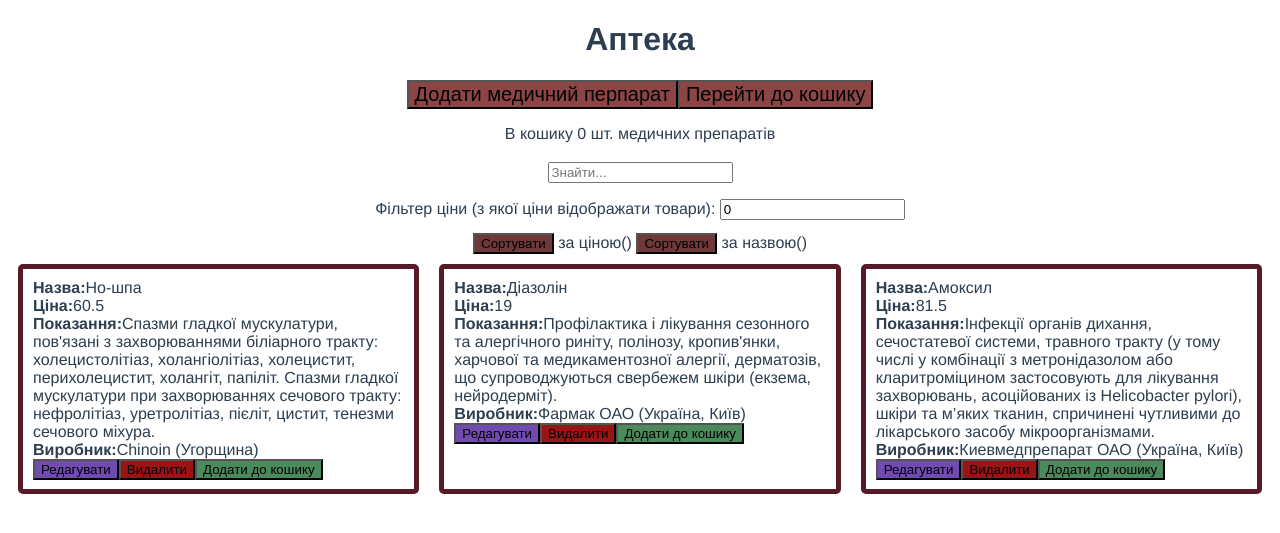
Repository: kristinap8/pharmacy
Page: /
These files come from the project's save history. The page is drawn as it stood at one moment and after the next save; the edit follows.
The browser window is 1280 px wide. The pictures show the whole page.
The project was rebuilt for these pictures with package versions that can differ from the ones it lists, and the page was loaded fresh each time. Also part of the build but not shown: src/components/AddMedicineForm/index.vue, src/pages/AddMedicine/index.vue, src/components/EditMedicineForm/index.vue, src/pages/EditMedicine/index.vue, src/components/CartForm/index.vue, src/pages/Cart/index.vue.

Above is the page before, as saved 2020-12-10 14:33:38.

After the next save:
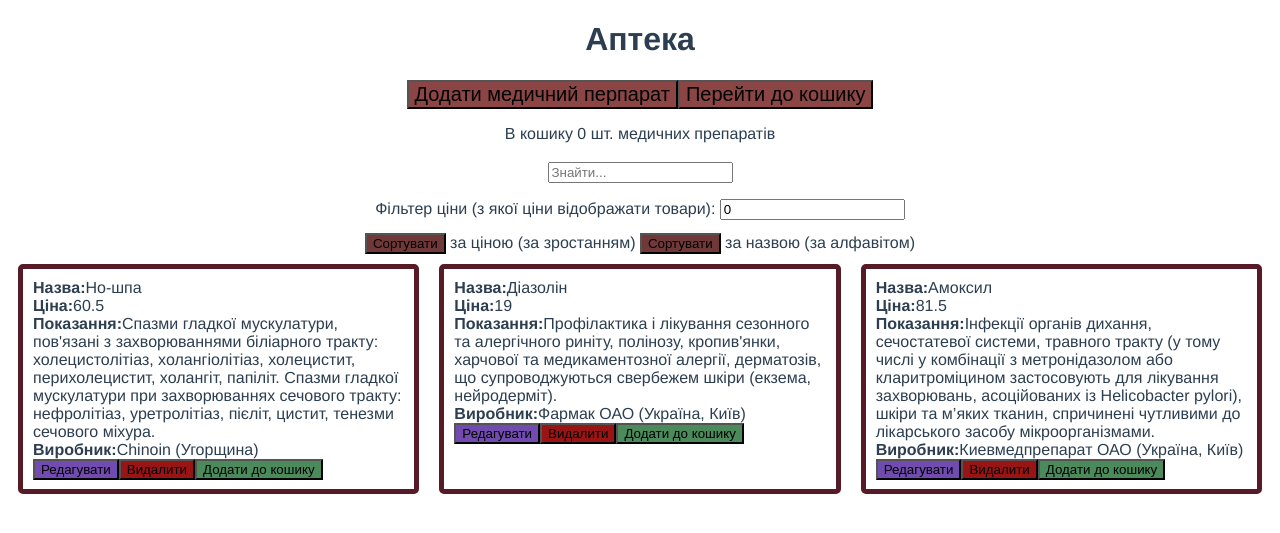
Saved 43 s later.
--- a/src/components/MedicinesList/index.vue
+++ b/src/components/MedicinesList/index.vue
@@ -11,9 +11,9 @@
         </div>
         <div class="sort">
               <button id="s">Сортувати</button>
-                за ціною()
+                за ціною (за зростанням)
               <button id="s">Сортувати</button>
-                за назвою()
+                за назвою (за алфавітом)
         </div>
     <div class="list-container">
     <medicine-card
